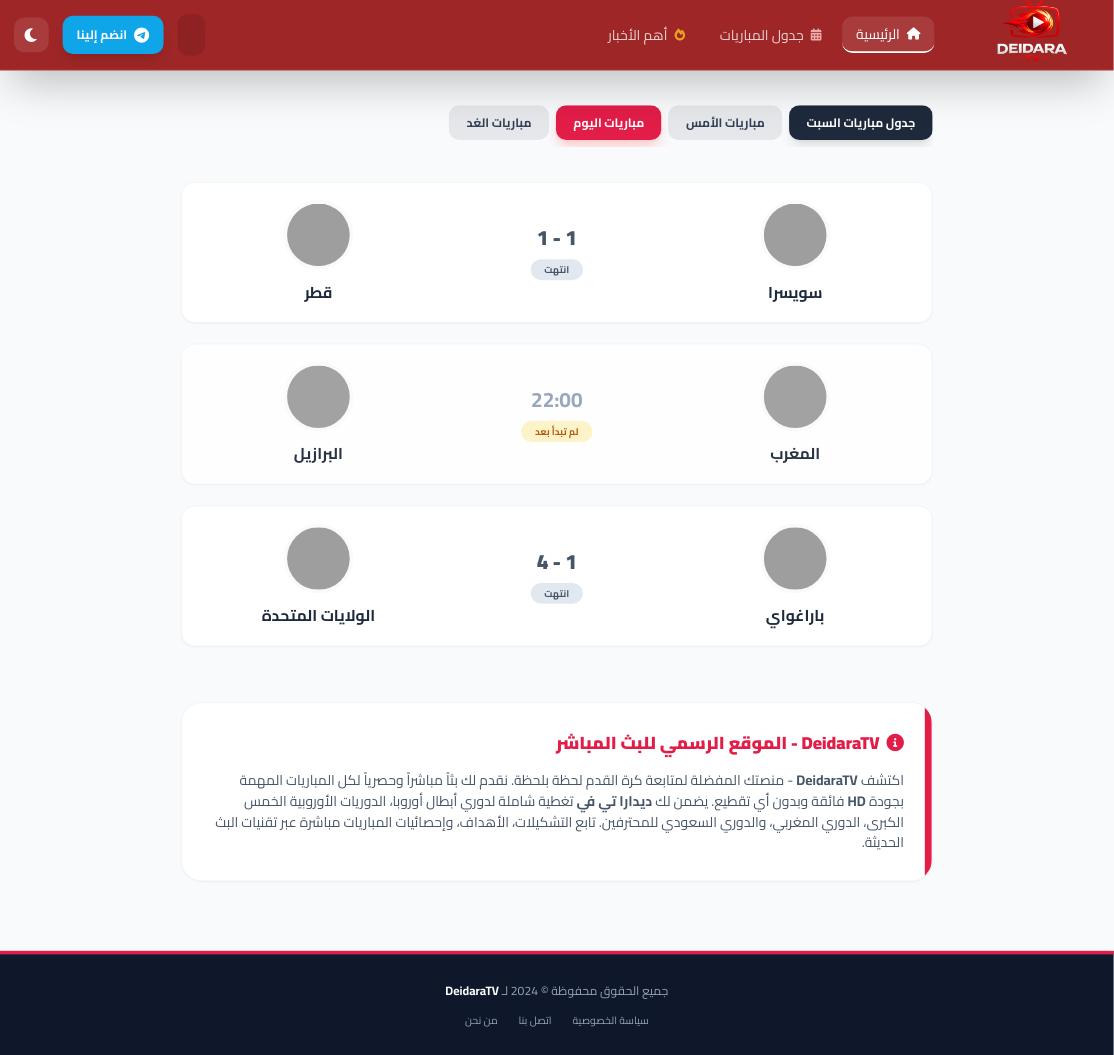
Repository: zakariax05/deidaraTV
Page: index.html
The author's editor kept a copy of each file at every save. The page is drawn from the files as they stood at one save, then again after the next save.
The browser window is 1280 px wide. The pictures show the whole page, at 87% of full size.
Pictures or frames that could not be fetched are drawn as grey boxes. Some web libraries are served in a nearby version.

Above is the page before, as saved 2026-06-14 02:48:59.

After the next save:
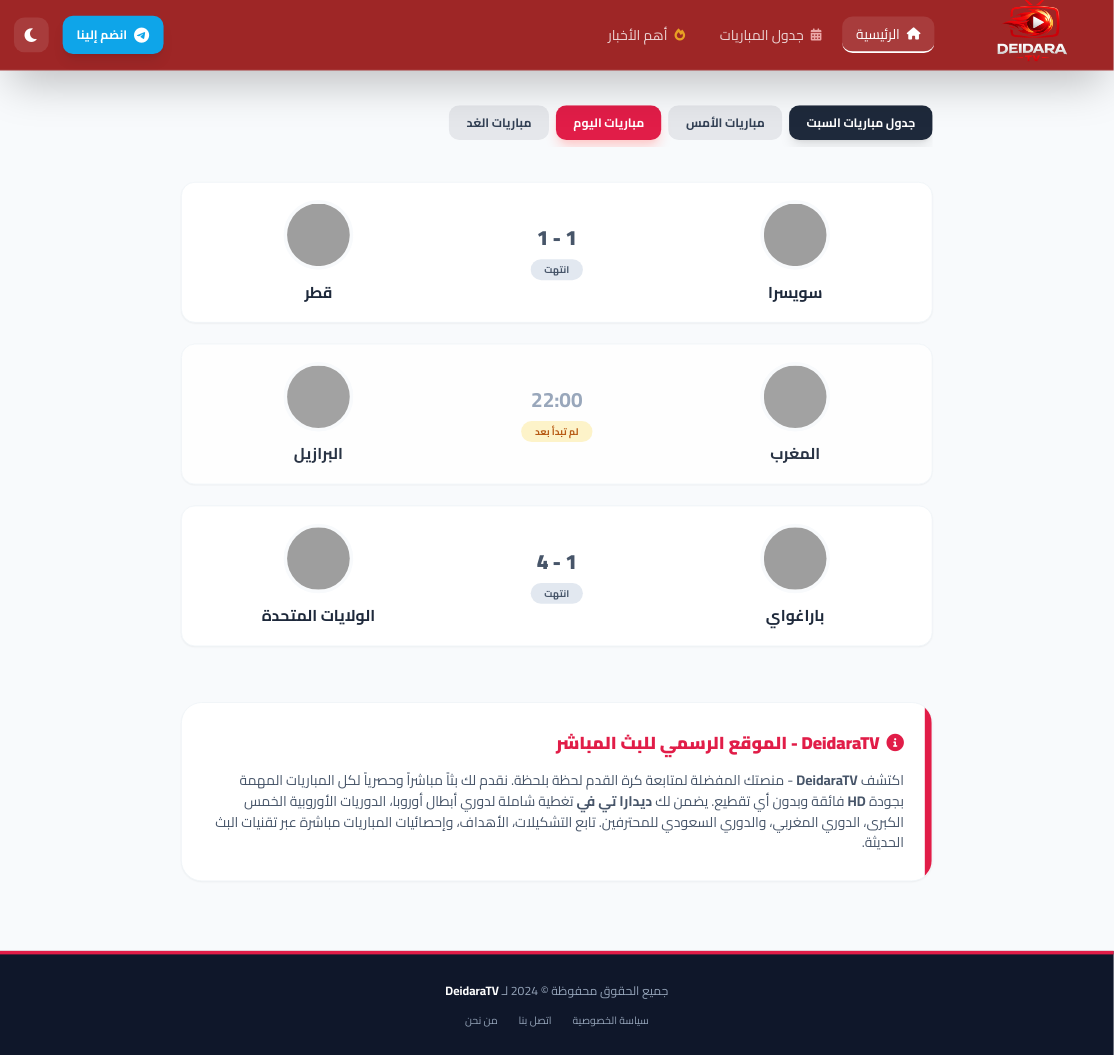
Saved 27 s later.
--- a/index.html
+++ b/index.html
@@ -76,14 +76,6 @@
         <!-- القسم الأيسر: أيقونات التواصل والأدوات -->
         <div class="flex items-center gap-2 md:gap-4">
 
-          <!-- أيقونات التواصل الاجتماعي بتنسيق أرقى -->
-          <div class="hidden sm:flex items-center bg-black/10 rounded-xl px-2 py-1 gap-1">
-            <a href="#" class="p-2 hover:bg-white/10 rounded-lg transition-colors text-white/80 hover:text-white"
-              title="Twitter">
-              <i class="fab fa-x-twitter text-lg"></i>
-            </a>
-          </div>
-
           <!-- زر تليجرام (مميز بلونه الخاص) -->
           <a href="#"
             class="bg-sky-500 hover:bg-sky-400 text-white p-2 md:px-4 md:py-2 rounded-xl transition-all shadow-lg flex items-center gap-2 font-bold text-sm">
